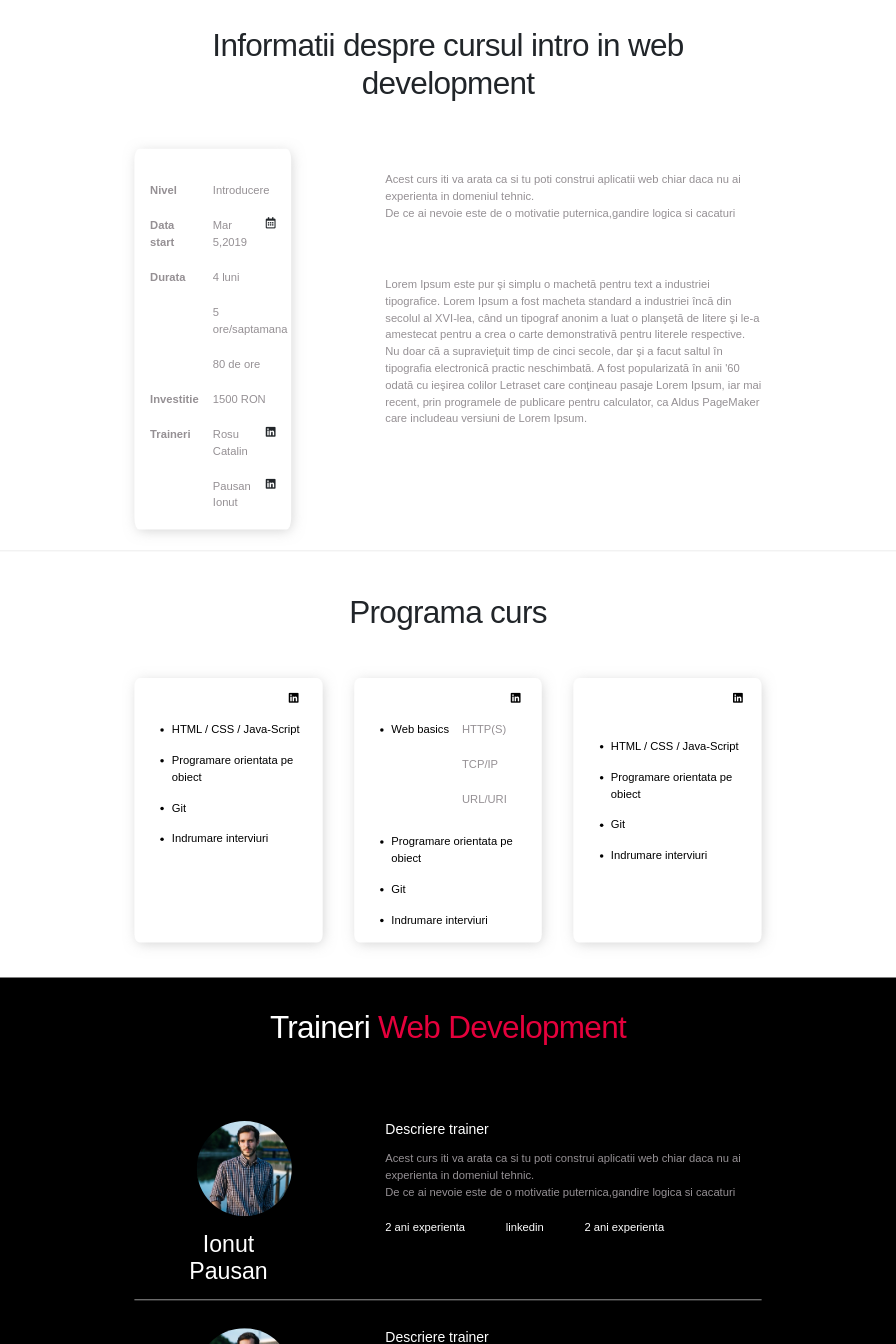
Repository: RosuCatalinDorin/ITSchool
Page: detaliiCurs/views/detalii-curs.html
These files come from the project's save history. The page is drawn as it stood at one moment and after the next save; the edit follows.
The browser window is 1280 px wide. The pictures show the part of the page from y = 368 to 2288 px (the page is 2685 px tall), at 70% of full size.
Some web libraries are served in a nearby version.

Above is the page before, as saved 2019-03-12 09:30:09.

After the next save:
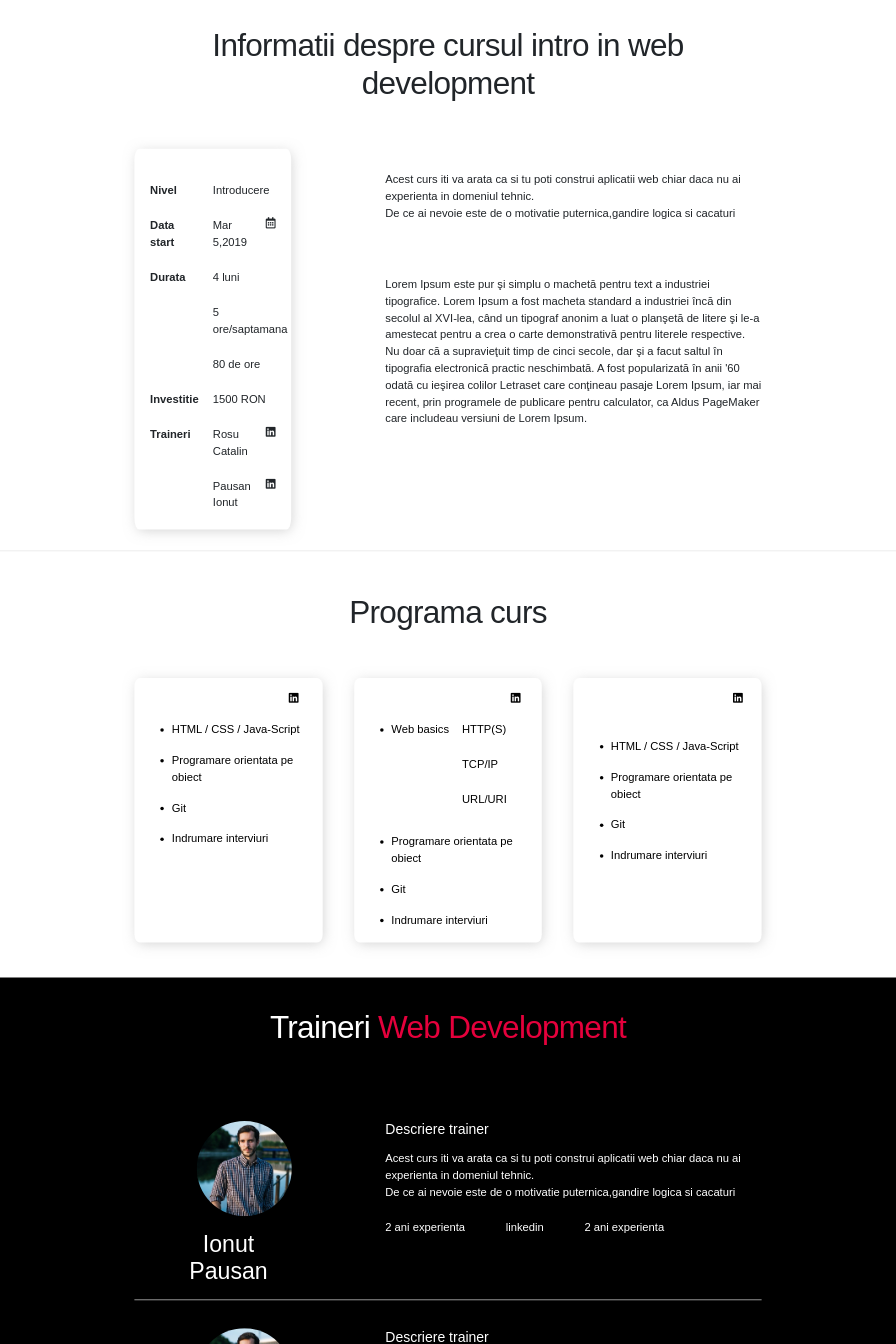
Saved 13 s later.
--- a/css/style.css
+++ b/css/style.css
@@ -60,11 +60,10 @@ h4 {
 h5 {
     font-size: 28px;
     font-weight: 300;
-    margin-bottom: 0.7rem;
+margin-bottom: 0.7rem;
 }
 
 p {
-    color: #959094;
 }
 
 p.lead {
